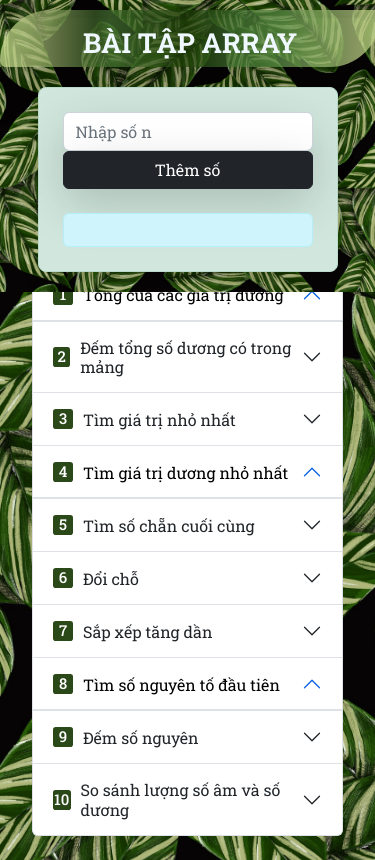
Repository: hcozyph/TranHuuPhuoc_BC43_BT_JS_Buoi7_8_ARRAY
Page: index.html
An editor plug-in stored every save of this project. The page is shown before and after the next save, followed by the edit.
The browser window is 375 px wide. The pictures show the whole page.
Backgrounds fixed to the window are drawn as part of the page.

Above is the page before, as saved 2023-02-26 13:49:07.

### index.html
<!DOCTYPE html>
<html lang="en">
    <head>
        <title>BT Array</title>
        <!-- Required meta tags -->
        <meta charset="utf-8" />
        <meta
            name="viewport"
            content="width=device-width, initial-scale=1, shrink-to-fit=no"
        />

        <!-- font -->
        <link rel="preconnect" href="https://fonts.googleapis.com" />
        <link rel="preconnect" href="https://fonts.gstatic.com" crossorigin />
        <link
            href="https://fonts.googleapis.com/css2?family=Roboto+Slab:wght@100;200;300;400;500;600;700;800;900&display=swap"
            rel="stylesheet"
        />

        <!-- fontAwesome -->
        <link
            rel="stylesheet"
            href="https://maxcdn.bootstrapcdn.com/font-awesome/4.7.0/css/font-awesome.min.css"
        />

        <!-- Bootstrap CSS v5.2.1 -->
        <link
            href="https://cdn.jsdelivr.net/npm/bootstrap@5.2.1/dist/css/bootstrap.min.css"
            rel="stylesheet"
            integrity="sha384-iYQeCzEYFbKjA/T2uDLTpkwGzCiq6soy8tYaI1GyVh/UjpbCx/TYkiZhlZB6+fzT"
            crossorigin="anonymous"
        />

        <!-- index.css -->
        <link rel="stylesheet" href="./css/index.css" />
    </head>

    <body>
        <div class="container">
            <div class="bt-array-top">
                <div class="bt-array-title pt-2 shadow-lg">
                    <h1
                        class="text-center shadow-lg p-2"
                        ;
                        style="font-weight: bold"
                    >
                        BÀI TẬP ARRAY
                    </h1>
                </div>

                <div
                    id="mainArray"
                    class="alert alert-success rounded-3 shadow p-4"
                    style="margin: 20px 10%"
                >
                    <div class="row row-cols-lg-3 row-cols-md-2 row-cols-1">
                        <div class="col-lg-8 col-md-7">
                            <input
                                id="user-input"
                                type="number"
                                class="form-control shadow-lg py-2"
                                placeholder="Nhập số n"
                                style="height: 100%"
                            />
                        </div>
                        <div class="col-lg-4 col-md-5">
                            <button
                                id="user-btn"
                                onclick="creatArray()"
                                class="btn btn-dark shadow-lg"
                                style="height: 100%; width: 100%"
                            >
                                Thêm số
                            </button>
                        </div>
                    </div>

                    <div
                        class="alert alert-info mt-4 mb-0 text-break"
                        style="display: block"
                        role="alert"
                    >
                        <span id="user-array"></span>
                    </div>
                </div>
            </div>

            <div
                class="bt-array-content p-xl-5 p-4 mx-lg-5 mx-md-4 mx-2 rounded-3"
            >
                <div class="accordion" id="accordionExample">
                    <!-- Task 1: Tính tổng số dương -->
                    <div class="accordion-item mt-xl-3 mt-md-4 mt-4" id="bt1">
                        <h2 class="accordion-header" id="headingOne">
                            <button
                                class="accordion-button"
                                type="button"
                                data-bs-toggle="collapse"
                                data-bs-target="#collapseOne"
                                aria-expanded="true"
                                aria-controls="collapseOne"
                            >
                                <div class="numberList">1</div>
                                Tổng của các giá trị dương
                            </button>
                        </h2>
                        <div
                            id="collapseOne"
                            class="accordion-collapse collapse"
                            aria-labelledby="headingOne"
                            data-bs-parent="#accordionExample"
                        >
                            <div class="accordion-body row py-2">
                                <div class="col-12 my-3">
                                    <button
                                        class="btn btn-success btnCustom py-2"
                                        id="t1-btn"
                                        onclick="sumPositive()"
                                    >
                                        Tính tổng
                                    </button>
                                </div>

                                <div class="col">
                                    <div
                                        class="alert alert-success py-4 mt-2"
                                        id="t1-result"
                                    ></div>
                                </div>
                            </div>
                        </div>
                    </div>
                    <!-- End-Task 1 -->

                    <!-- Task 2 -->
                    <div class="accordion-item">
                        <h2 class="accordion-header" id="headingTwo">
                            <button
                                class="accordion-button collapsed"
                                type="button"
                                data-bs-toggle="collapse"
                                data-bs-target="#collapseTwo"
                                aria-expanded="false"
                                aria-controls="collapseTwo"
                            >
                                <div class="numberList">2</div>
                                Đếm tổng số dương có trong mảng
                            </button>
                        </h2>
                        <div
                            id="collapseTwo"
                            class="accordion-collapse collapse"
                            aria-labelledby="headingTwo"
                            data-bs-parent="#accordionExample"
                        >
                            <div class="accordion-body row py-2">
                                <div class="col-12 my-3">
                                    <button
                                        class="btn btn-success btnCustom py-2"
                                        id="t2-btn"
                                        onclick="countPositive ()"
                                    >
                                        Đếm số
                                    </button>
                                </div>

                                <div class="col">
                                    <div
                                        class="alert alert-success py-4 mt-2"
                                        id="t2-result"
                                    ></div>
                                </div>
                            </div>
                        </div>
                    </div>
                    <!-- End-Task 2 -->

                    <!-- Task 3 -->
                    <div class="accordion-item">
                        <h2 class="accordion-header" id="headingThree">
                            <button
                                class="accordion-button collapsed"
                                type="button"
                                data-bs-toggle="collapse"
                                data-bs-target="#collapseThree"
                                aria-expanded="false"
                                aria-controls="collapseThree"
                            >
                                <div class="numberList">3</div>
                                Tìm giá trị nhỏ nhất
                            </button>
                        </h2>
                        <div
                            id="collapseThree"
                            class="accordion-collapse collapse"
                            aria-labelledby="headingThree"
                            data-bs-parent="#accordionExample"
                        >
                            <div class="accordion-body row py-2">
                                <div class="col-12 my-3">
                                    <button
                                        class="btn btn-success btnCustom py-2"
                                        id="t3-btn"
                                        onclick="findMin()"
                                    >
                                        Tìm giá trị nhỏ nhất
                                    </button>
                                </div>

                                <div class="col">
                                    <div
                                        class="alert alert-success py-4 mt-2"
                                        id="t3-result"
                                    ></div>
                                </div>
                            </div>
                        </div>
                    </div>
                    <!-- End-Task 3 -->

                    <!-- Task 4 -->
                    <div class="accordion-item">
                        <h2 class="accordion-header" id="headingFour">
                            <button
                                class="accordion-button"
                                type="button"
                                data-bs-toggle="collapse"
                                data-bs-target="#collapseFour"
                                aria-expanded="true"
                                aria-controls="collapseFour"
                            >
                                <div class="numberList">4</div>
                                Tìm giá trị dương nhỏ nhất
                            </button>
                        </h2>
                        <div
                            id="collapseFour"
                            class="accordion-collapse collapse"
                            aria-labelledby="headingFour"
                            data-bs-parent="#accordionExample"
                        >
                            <div class="accordion-body row py-2">
                                <div class="col-12 my-3">
                                    <button
                                        class="btn btn-success btnCustom py-2"
                                        id="t4-btn"
                                        onclick="findMinPositive()"
                                    >
                                        Tìm giá trị dương nhỏ nhất
                                    </button>
                                </div>

                                <div class="col">
                                    <div
                                        class="alert alert-success py-4 mt-2"
                                        id="t4-result"
                                    ></div>
                                </div>
                            </div>
                        </div>
                    </div>
                    <!-- End-Task 4 -->

                    <!-- Task 5 -->
                    <div class="accordion-item">
                        <h2 class="accordion-header" id="headingFive">
                            <button
                                class="accordion-button collapsed"
                                type="button"
                                data-bs-toggle="collapse"
                                data-bs-target="#collapseFive"
                                aria-expanded="false"
                                aria-controls="collapseFive"
                            >
                                <div class="numberList">5</div>
                                Tìm số chẵn cuối cùng
                            </button>
                        </h2>
                        <div
                            id="collapseFive"
                            class="accordion-collapse collapse"
                            aria-labelledby="headingFive"
                            data-bs-parent="#accordionExample"
                        >
                            <div class="accordion-body row py-2">
                                <div class="col-12 my-3">
                                    <button
                                        class="btn btn-success btnCustom py-2"
                                        id="t5-btn"
                                        onclick="lastEvenValue()"
                                    >
                                        Tìm số chẵn
                                    </button>
                                </div>

                                <div class="col">
                                    <div
                                        class="alert alert-success py-4 mt-2"
                                        id="t5-result"
                                    ></div>
                                </div>
                            </div>
                        </div>
                    </div>
                    <!-- End-Task 5 -->

                    <!-- Task 6 -->
                    <div class="accordion-item">
                        <h2 class="accordion-header" id="headingSix">
                            <button
                                class="accordion-button collapsed"
                                type="button"
                                data-bs-toggle="collapse"
                                data-bs-target="#collapseSix"
                                aria-expanded="false"
                                aria-controls="collapseSix"
                            >
                                <div class="numberList">6</div>
                                Đổi chỗ
                            </button>
                        </h2>
                        <div
                            id="collapseSix"
                            class="accordion-collapse collapse"
                            aria-labelledby="headingSix"
                            data-bs-parent="#accordionExample"
                        >
                            <div class="accordion-body row py-2">
                                <div class="col-12 col-lg-6 mt-3 mb-2">
                                    <input
                                        id="t6-positionOne"
                                        type="number"
                                        class="form-control"
                                        placeholder="Nhập vị trí 1"
                                    />
                                </div>

                                <div class="col-12 col-lg-6 mt-3 mb-2">
                                    <input
                                        id="t6-positionTwo"
                                        type="number"
                                        class="form-control"
                                        placeholder="Nhập vị trí 2"
                                    />
                                </div>

                                <div class="col-12 my-3">
                                    <button
                                        class="btn btn-success btnCustom py-2"
                                        id="t6-btn"
                                        onclick="swapPosition()"
                                    >
                                        Đổi chỗ
                                    </button>
                                </div>

                                <div class="col">
                                    <div
                                        class="alert alert-success py-4 mt-2"
                                        id="t6-result"
                                    ></div>
                                </div>
                            </div>
                        </div>
                    </div>
                    <!-- End-Task 6 -->

                    <!-- Task 7 -->
                    <div class="accordion-item">
                        <h2 class="accordion-header" id="headingSeven">
                            <button
                                class="accordion-button collapsed"
                                type="button"
                                data-bs-toggle="collapse"
                                data-bs-target="#collapseSeven"
                                aria-expanded="false"
                                aria-controls="collapseSeven"
                            >
                                <div class="numberList">7</div>
                                Sắp xếp tăng dần
                            </button>
                        </h2>
                        <div
                            id="collapseSeven"
                            class="accordion-collapse collapse"
                            aria-labelledby="headingSeven"
                            data-bs-parent="#accordionExample"
                        >
                            <div class="accordion-body row py-2">
                                <div class="col-12 my-3">
                                    <button
                                        class="btn btn-success btnCustom py-2"
                                        id="t7-btn"
                                        onclick="sortByAscending()"
                                    >
                                        Sắp xếp
                                    </button>
                                </div>

                                <div class="col">
                                    <div
                                        class="alert alert-success py-4 mt-2"
                                        id="t7-result"
                                    ></div>
                                </div>
                            </div>
                        </div>
                    </div>
                    <!-- End-Task 7 -->

                    <!-- Task 8 -->
                    <div class="accordion-item">
                        <h2 class="accordion-header" id="headingEight">
                            <button
                                class="accordion-button"
                                type="button"
                                data-bs-toggle="collapse"
                                data-bs-target="#collapseEight"
                                aria-expanded="true"
                                aria-controls="collapseEight"
                            >
                                <div class="numberList">8</div>
                                Tìm số nguyên tố đầu tiên
                            </button>
                        </h2>
                        <div
                            id="collapseEight"
                            class="accordion-collapse collapse"
                            aria-labelledby="headingEight"
                            data-bs-parent="#accordionExample"
                        >
                            <div class="accordion-body row py-2">
                                <div class="col-12 my-3">
                                    <button
                                        class="btn btn-success btnCustom py-2"
                                        id="t8-btn"
                                        onclick="firstPrimeNumber()"
                                    >
                                        Tìm số nguyên tố
                                    </button>
                                </div>

                                <div class="col">
                                    <div
                                        class="alert alert-success py-4 mt-2"
                                        id="t8-result"
                                    ></div>
                                </div>
                            </div>
                        </div>
                    </div>
                    <!-- End-Task 8 -->

                    <!-- Task 9 -->
                    <div class="accordion-item">
                        <h2 class="accordion-header" id="headingNine">
                            <button
                                class="accordion-button collapsed"
                                type="button"
                                data-bs-toggle="collapse"
                                data-bs-target="#collapseNine"
                                aria-expanded="false"
                                aria-controls="collapseNine"
                            >
                                <div class="numberList">9</div>
                                Đếm số nguyên
                            </button>
                        </h2>
                        <div
                            id="collapseNine"
                            class="accordion-collapse collapse"
                            aria-labelledby="headingNine"
                            data-bs-parent="#accordionExample"
                        >
                            <div class="accordion-body row py-2">
                                <div class="col-12 my-3">
                                    <button
                                        class="btn btn-success btnCustom py-2"
                                        id="t9-btn"
                                        onclick="countInteger()"
                                    >
                                        Đếm số nguyên
                                    </button>
                                </div>

                                <div class="col">
                                    <div
                                        class="alert alert-success py-4 mt-2"
                                        id="t9-result"
                                    ></div>
                                </div>
                            </div>
                        </div>
                    </div>
                    <!-- End-Task 9 -->

                    <!-- Task 10 -->
                    <div class="accordion-item">
                        <h2 class="accordion-header" id="headingTen">
                            <button
                                class="accordion-button collapsed"
                                type="button"
                                data-bs-toggle="collapse"
                                data-bs-target="#collapseTen"
                                aria-expanded="false"
                                aria-controls="collapseTen"
                            >
                                <div class="numberList">10</div>
                                So sánh lượng số âm và số dương
                            </button>
                        </h2>
                        <div
                            id="collapseTen"
                            class="accordion-collapse collapse"
                            aria-labelledby="headingTen"
                            data-bs-parent="#accordionExample"
                        >
                            <div class="accordion-body row py-2">
                                <div class="col-12 my-3">
                                    <button
                                        class="btn btn-success btnCustom py-2"
                                        id="t10-btn"
                                        onclick="compareValue()"
                                    >
                                        So sánh
                                    </button>
                                </div>

                                <div class="col">
                                    <div
                                        class="alert alert-success py-4 mt-2"
                                        id="t10-result"
                                    ></div>
                                </div>
                            </div>
                        </div>
                    </div>
                    <!-- End-Task 10 -->
                </div>
            </div>
        </div>

        <!-- Bootstrap JavaScript Libraries -->
        <script
            src="https://cdn.jsdelivr.net/npm/@popperjs/core@2.11.6/dist/umd/popper.min.js"
            integrity="sha384-oBqDVmMz9ATKxIep9tiCxS/Z9fNfEXiDAYTujMAeBAsjFuCZSmKbSSUnQlmh/jp3"
            crossorigin="anonymous"
        ></script>

        <script
            src="https://cdn.jsdelivr.net/npm/bootstrap@5.2.1/dist/js/bootstrap.min.js"
            integrity="sha384-7VPbUDkoPSGFnVtYi0QogXtr74QeVeeIs99Qfg5YCF+TidwNdjvaKZX19NZ/e6oz"
            crossorigin="anonymous"
        ></script>

        <!-- method.js -->
        <link rel="stylesheet" href="./js/method.js" />

        <!-- index.js -->
        <script src="./js/index.js"></script>
    </body>
</html>

### css/index.css
* {
    margin: 0;
    padding: 0;
    box-sizing: border-box;
    font-family: "Roboto Slab", serif;
}

.container {
    margin: 0 auto;
    max-width: 1440px;
    overflow: hidden;
    padding: 0;

    background-image: url(../img/2.jpg);
    background-size: cover;
    background-position: inherit;
    background-repeat: no-repeat;
    background-attachment: fixed;

    /* height: 1000px; */
    position: relative;
}

.bt-array-top {
    position: fixed;
    width: 100%;
    padding-top: 10px;
    margin-bottom: 10px;

    background-image: url(../img/2.jpg);
    background-size: cover;
    background-position: inherit;
    background-repeat: no-repeat;
    background-attachment: fixed;
    z-index: 5;
}

.bt-array-title {
    display: block;
    width: 380px;
    margin: 0 auto;
    border-radius: 80px 10px 80px 10px;

    font-size: 40px;
    font-weight: 700;
    /* background-color: red; */
    color: aliceblue;
    background: rgb(156, 173, 110);
    background: linear-gradient(
        90deg,
        rgba(198, 219, 142, 0.75) 0%,
        rgba(156, 173, 110, 0.75) 10%,
        rgba(60, 94, 39, 0.75) 25%,
        rgba(68, 112, 49, 0.75) 29%,
        rgba(27, 57, 5, 0.75) 49%,
        rgba(66, 114, 50, 0.75) 63%,
        rgba(90, 139, 69, 0.75) 74%,
        rgba(184, 203, 130, 0.75) 95%
    );
}

.bt-array-content {
    padding-top: 280px;
}
.accordion {
    padding-top: 220px;
}

.accordion-button:focus {
    border: none;
    box-shadow: none;
}

.accordion-button:not(.collapsed) {
    background-color: white;
    color: black;
}

.numberList {
    display: inline-block;
    margin-right: 10px;
    width: 20px;
    height: 20px;

    background-color: #2b4818;
    color: white;
    font-weight: 500;
    font-size: 15px;
    text-align: center;
    border-radius: 14%;
}

@media only screen and (max-width: 479px) {
    .btnCustom {
        width: 100%;
    }
}
@media only screen and (min-width: 740px) and (max-width: 1023px) {
    .btnCustom {
        width: 50%;
    }
}
@media only screen and (max-width: 739px) {
    .btnCustom {
        width: 100%;
    }
}
@media only screen and (min-width: 1024px) {
    .btnCustom {
        width: 250px;
    }
}

Loaded but not shown: js/index.js (199 lines, source omitted); js/method.js (no stored copy; drawn as an empty file)

After the next save:
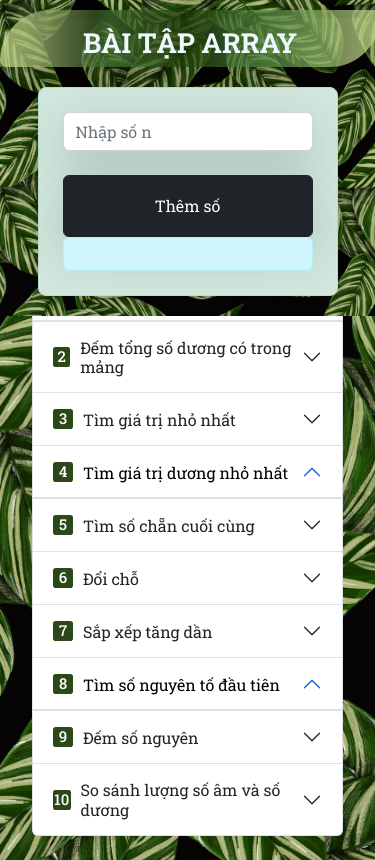
Saved 110 s later.
--- a/css/index.css
+++ b/css/index.css
@@ -94,6 +94,11 @@
     .btnCustom {
         width: 100%;
     }
+
+    #user-btn {
+        width: 100%;
+        margin-top: 24px;
+    }
 }
 @media only screen and (min-width: 740px) and (max-width: 1023px) {
     .btnCustom {
